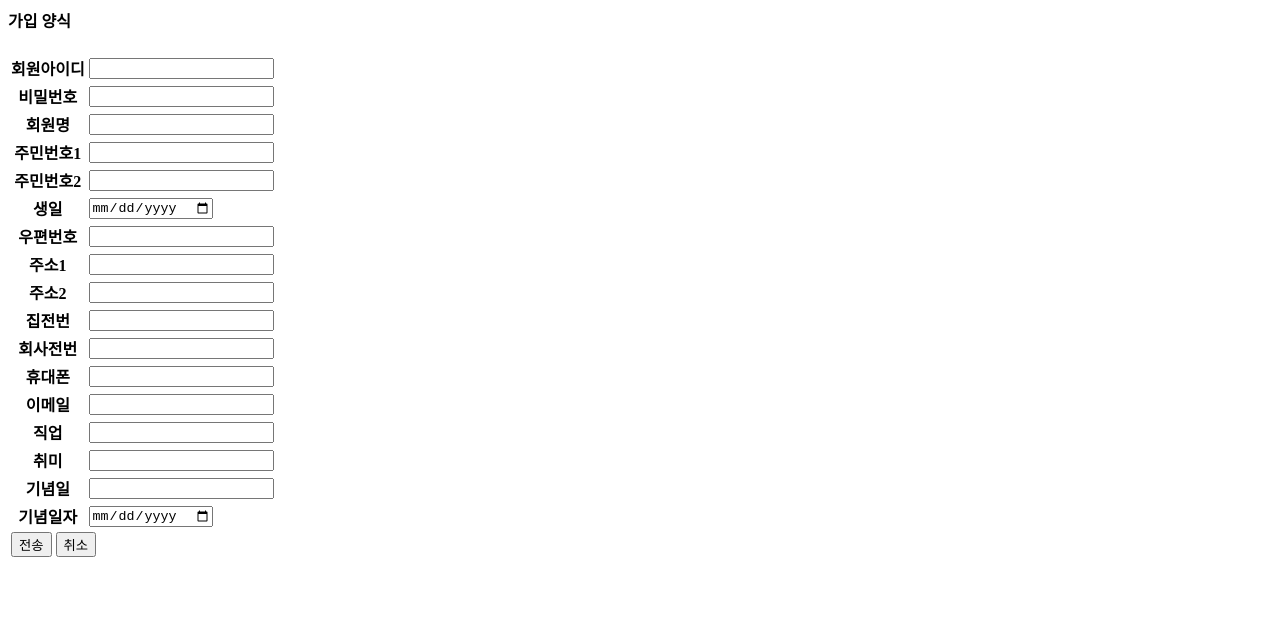
Repository: hoseolkim/restart
Page: http://localhost/WebStudy03_Mybatis/WEB-INF/views/member/memberForm.jsp
An editor plug-in stored every save of this project. The page is shown before and after the next save, followed by the edit.
The browser window is 1280 px wide. The pictures show the whole page.
The page is served by Tomcat 9. Nobody is signed in. Other server files are loaded and not shown. The template is opened directly, without the code that normally fills it, so the values that code supplies are empty.

Above is the page before, as saved 2023-10-10 00:41:48.

### WebStudy03_Mybatis/src/main/webapp/WEB-INF/views/member/memberForm.jsp
<%@ page language="java" contentType="text/html; charset=UTF-8"
	pageEncoding="UTF-8"%>
<%@ taglib uri="http://java.sun.com/jsp/jstl/core" prefix="c" %>
<c:if test="${not empty message }">
	<script>
		alert("${message}");
	</script>
</c:if>
<h4>가입 양식</h4>
<form method="post" enctype="multipart/form-data">
	<table>
		<tr>
			<th>회원아이디</th>
			<td><input type="text" name="memId" class="form-control"
				 value="${member.memId}" /><span class="error">${errors.memId}</span></td>
		</tr>
		<tr>
			<th>비밀번호</th>
			<td><input type="text" name="memPass" class="form-control"
				  /><span class="error">${errors.memPass}</span></td>
		</tr>
		<tr>
			<th>회원명</th>
			<td><input type="text" name="memName" class="form-control"
				 value="${member.memName}" /><span class="error">${errors.memName}</span></td>
		</tr>
		<tr>
			<th>주민번호1</th>
			<td><input type="text" name="memRegno1" class="form-control"
				value="${member.memRegno1}" /><span class="error">${errors.memRegno1}</span></td>
		</tr>
		<tr>
			<th>주민번호2</th>
			<td><input type="text" name="memRegno2" class="form-control"
				value="${member.memRegno2}" /><span class="error">${errors.memRegno2}</span></td>
		</tr>
		<tr>
			<th>생일</th>
			<td><input type="date" name="memBir" class="form-control"
				value="${member.memBir}" /><span class="error">${errors.memBir}</span></td>
		</tr>
		<tr>
			<th>우편번호</th>
			<td><input type="text" name="memZip" class="form-control"
				 value="${member.memZip}" /><span class="error">${errors.memZip}</span></td>
		</tr>
		<tr>
			<th>주소1</th>
			<td><input type="text" name="memAdd1" class="form-control"
				 value="${member.memAdd1}" /><span class="error">${errors.memAdd1}</span></td>
		</tr>
		<tr>
			<th>주소2</th>
			<td><input type="text" name="memAdd2" class="form-control"
				 value="${member.memAdd2}" /><span class="error">${errors.memAdd2}</span></td>
		</tr>
		<tr>
			<th>집전번</th>
			<td><input type="text" name="memHometel" class="form-control"
				value="${member.memHometel}" /><span class="error">${errors.memHometel}</span></td>
		</tr>
		<tr>
			<th>회사전번</th>
			<td><input type="text" name="memComtel" class="form-control"
				value="${member.memComtel}" /><span class="error">${errors.memComtel}</span></td>
		</tr>
		<tr>
			<th>휴대폰</th>
			<td><input type="text" name="memHp" class="form-control"
				value="${member.memHp}" /><span class="error">${errors.memHp}</span></td>
		</tr>
		<tr>
			<th>이메일</th>
			<td><input type="text" name="memMail" class="form-control"
				 value="${member.memMail}" /><span class="error">${errors.memMail}</span></td>
		</tr>
		<tr>
			<th>직업</th>
			<td><input type="text" name="memJob" class="form-control"
				value="${member.memJob}" /><span class="error">${errors.memJob}</span></td>
		</tr>
		<tr>
			<th>취미</th>
			<td><input type="text" name="memLike" class="form-control"
				value="${member.memLike}" /><span class="error">${errors.memLike}</span></td>
		</tr>
		<tr>
			<th>기념일</th>
			<td><input type="text" name="memMemorial" class="form-control"
				value="${member.memMemorial}" /><span class="error">${errors.memMemorial}</span></td>
		</tr>
		<tr>
			<th>기념일자</th>
			<td><input type="date" name="memMemorialday"
				class="form-control" value="${member.memMemorialday}" /><span
				class="error">${errors.memMemorialday}</span></td>
		</tr>
		<tr>
			<td colspan="2"><input type="submit" value="전송"
				class="btn btn-primary" /> <input type="reset" value="취소"
				class="btn btn-warning" /></td>
		</tr>
	</table>
</form>

After the next save:
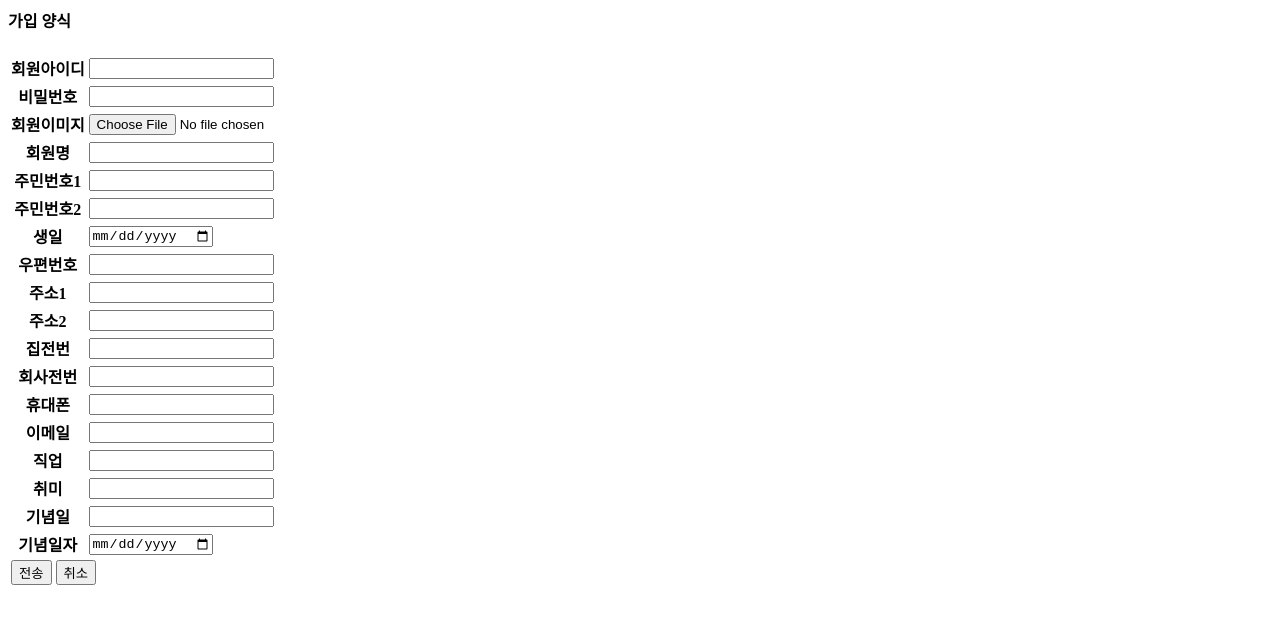
Saved 66 s later.
--- a/WebStudy03_Mybatis/src/main/webapp/WEB-INF/views/member/memberForm.jsp
+++ b/WebStudy03_Mybatis/src/main/webapp/WEB-INF/views/member/memberForm.jsp
@@ -18,6 +18,12 @@
 			<th>비밀번호</th>
 			<td><input type="text" name="memPass" class="form-control"
 				  /><span class="error">${errors.memPass}</span></td>
+		</tr>
+		<tr>
+			<th>회원이미지</th>
+			<td>
+				<input type="file" name="memImage" class="form-control"/>
+			</td>
 		</tr>
 		<tr>
 			<th>회원명</th>
